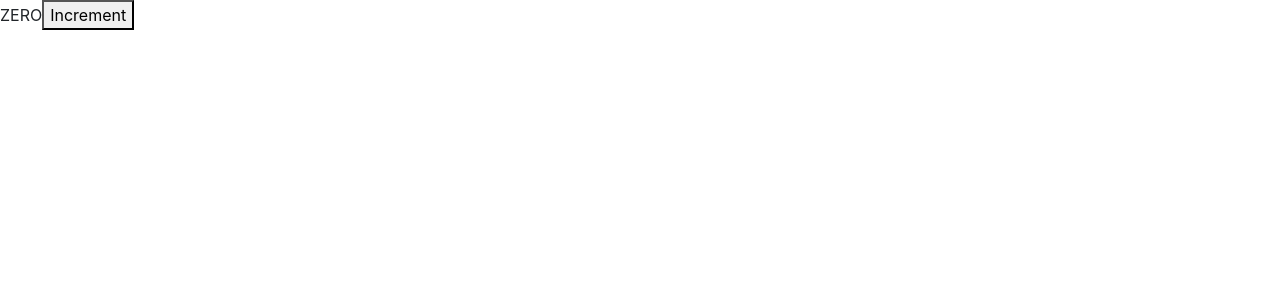
Repository: NikhilSurani/counter-app
Page: /
The author's editor kept a copy of each file at every save. The page is drawn from the files as they stood at one save, then again after the next save.
The browser window is 1280 px wide. The pictures show the whole page.
The project was rebuilt for these pictures with package versions that can differ from the ones it lists, and the page was loaded fresh each time.

Above is the page before, as saved 2018-12-28 17:56:36.

After the next save:
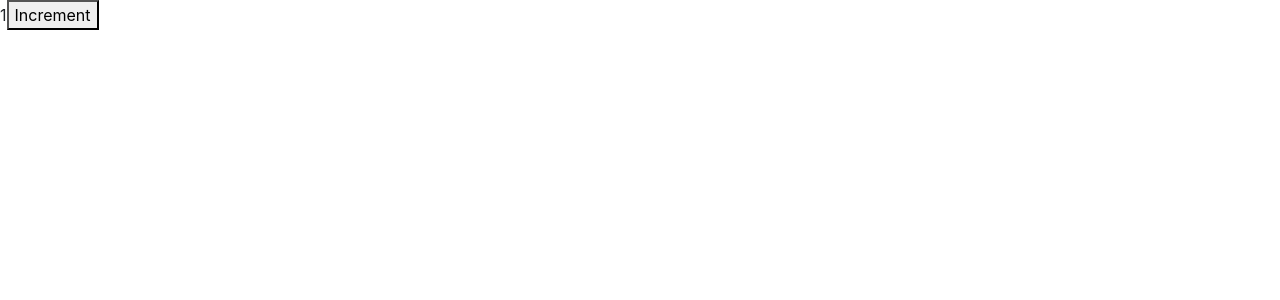
Saved 20 s later.
--- a/src/components/counter.jsx
+++ b/src/components/counter.jsx
@@ -13,7 +13,7 @@ class Counter extends Component {
   }
   formatCount() {
     const { count } = this.state;
-    return count === 0 ? count : "ZERO";
+    return count !== 0 ? count : "ZERO";
   }
 }
 
